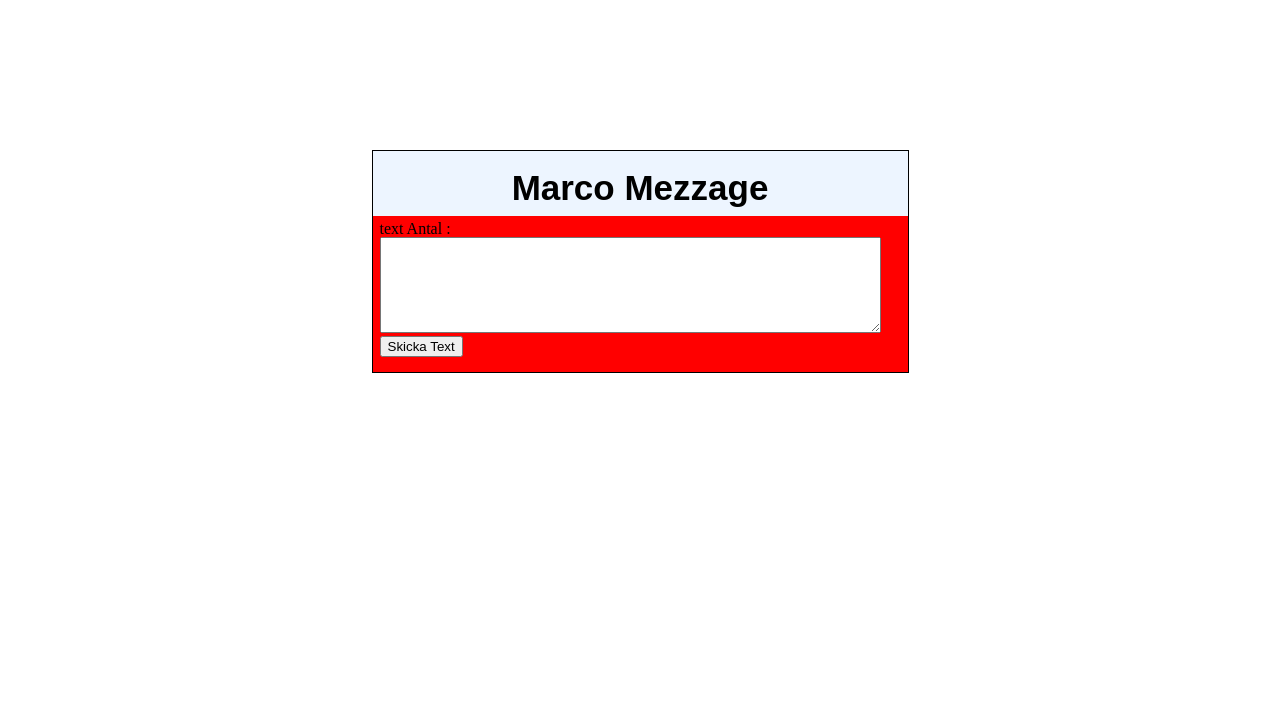
Repository: Marco30/1dv403-laborationer
Page: 2-labbymezzage/index.html
The author's editor kept a record of every edit. The page is drawn from the files as they stood at one moment, then again after the next edit.
The browser window is 1280 px wide. The pictures show the whole page.

Above is the page before.

After the next edit:
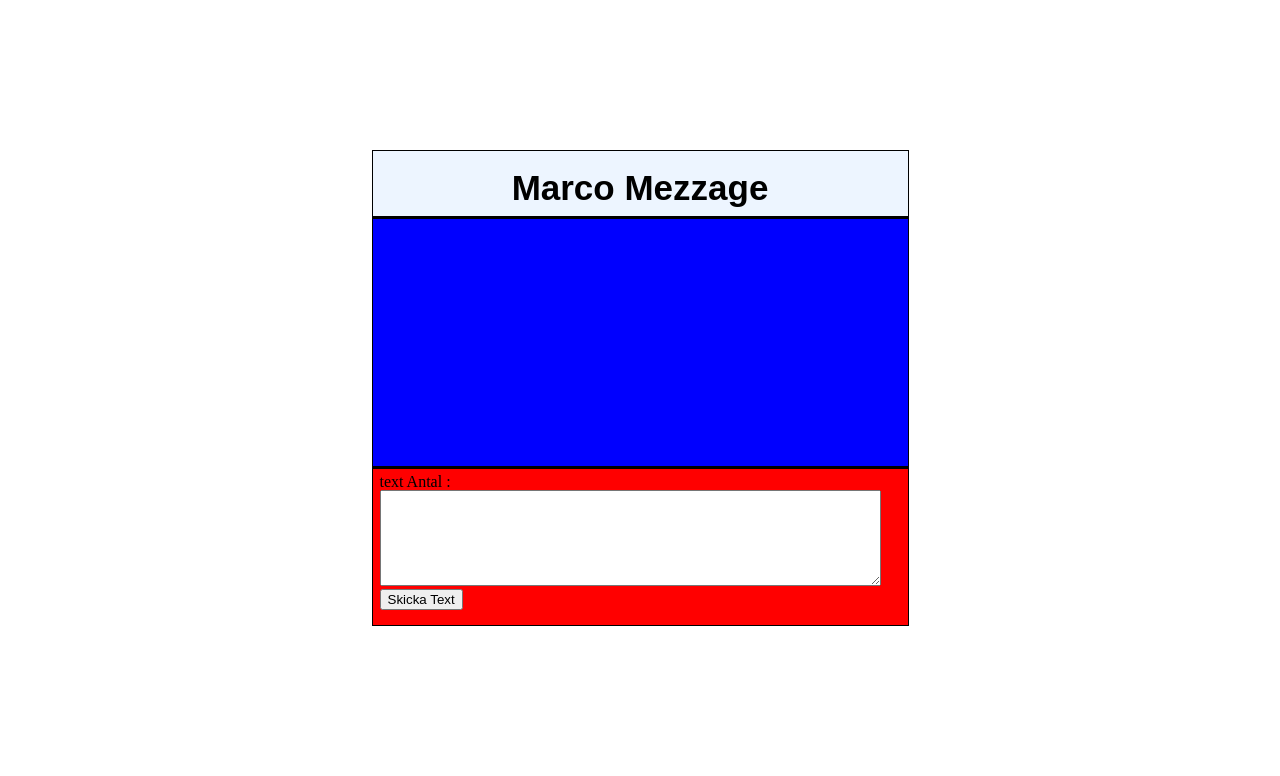
The edit:
--- a/2-labbymezzage/css/style.css
+++ b/2-labbymezzage/css/style.css
@@ -90,3 +90,12 @@ width: 528px;
 background: #F00;
 padding-left: 7px;
 }
+
+#textonpage
+{
+ margin: auto;
+height: 247px;
+background: none repeat scroll 0% 0% #00F;
+border-top: 3px solid #000;
+border-bottom: 3px solid #000;
+}
